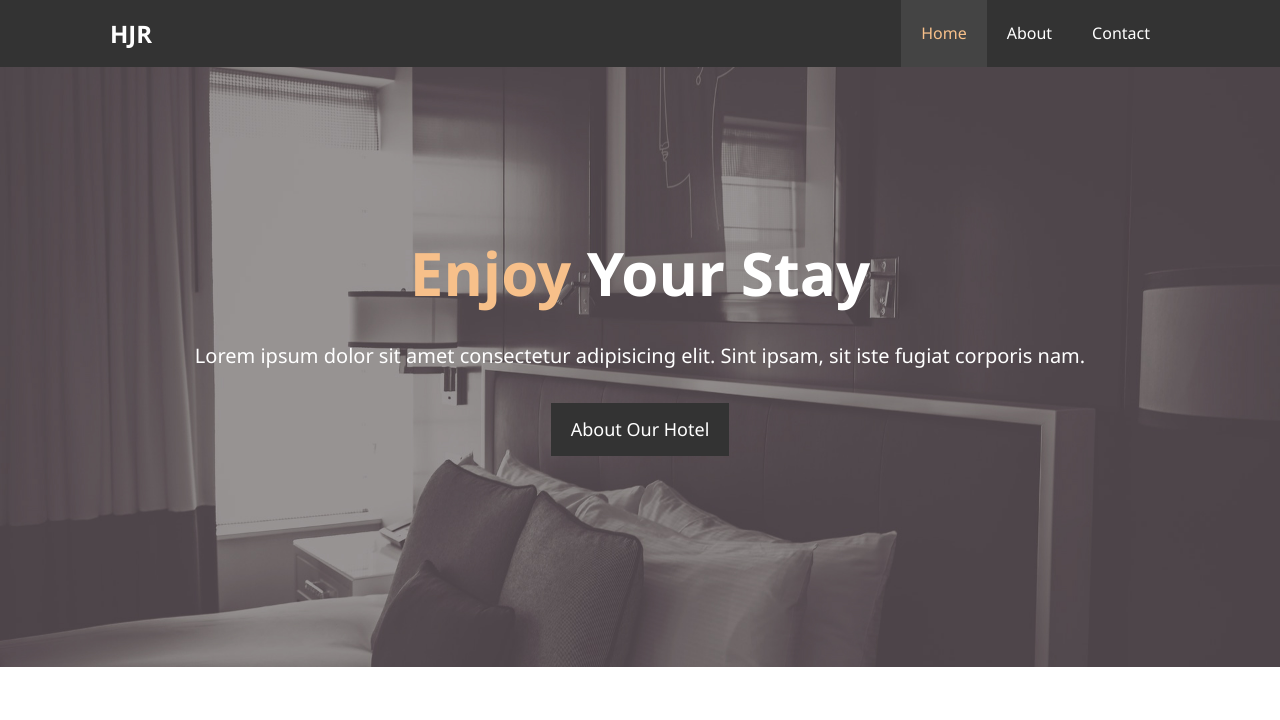
Repository: dimlutine/Hotel-Project
Page: index.html
An editor plug-in stored every save of this project. The page is shown before and after the next save, followed by the edit.
The browser window is 1280 px wide. The pictures show the whole page.

Above is the page before, as saved 2019-07-05 21:59:18.

After the next save:
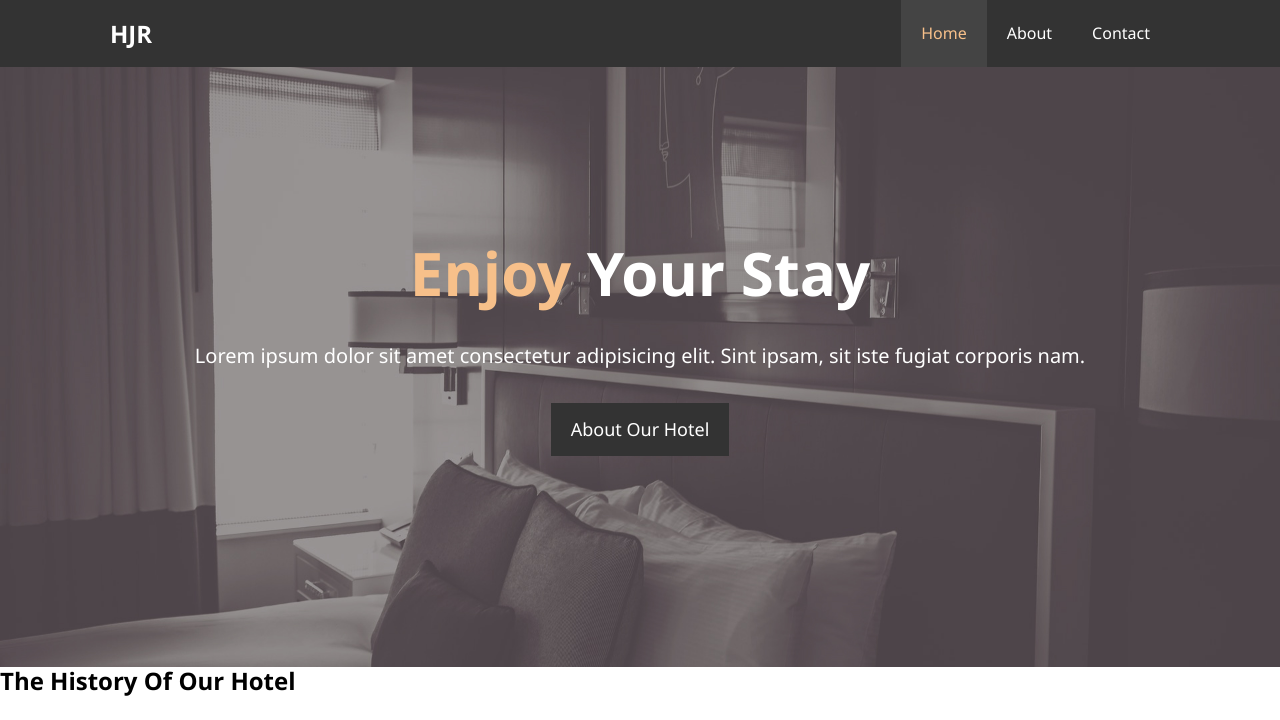
Saved 11 min 49 s later.
--- a/index.html
+++ b/index.html
@@ -36,6 +36,13 @@
             </div>
         </div>
     </header>
+
+    <section id="home-info" class="bg-dark">
+        <div class="info-img"></div>
+        <div class="info-content">
+            <h2><span class="text.primary">The History </span>Of Our Hotel</h2>
+        </div>
+    </section>
 </body>
 
 </html>
